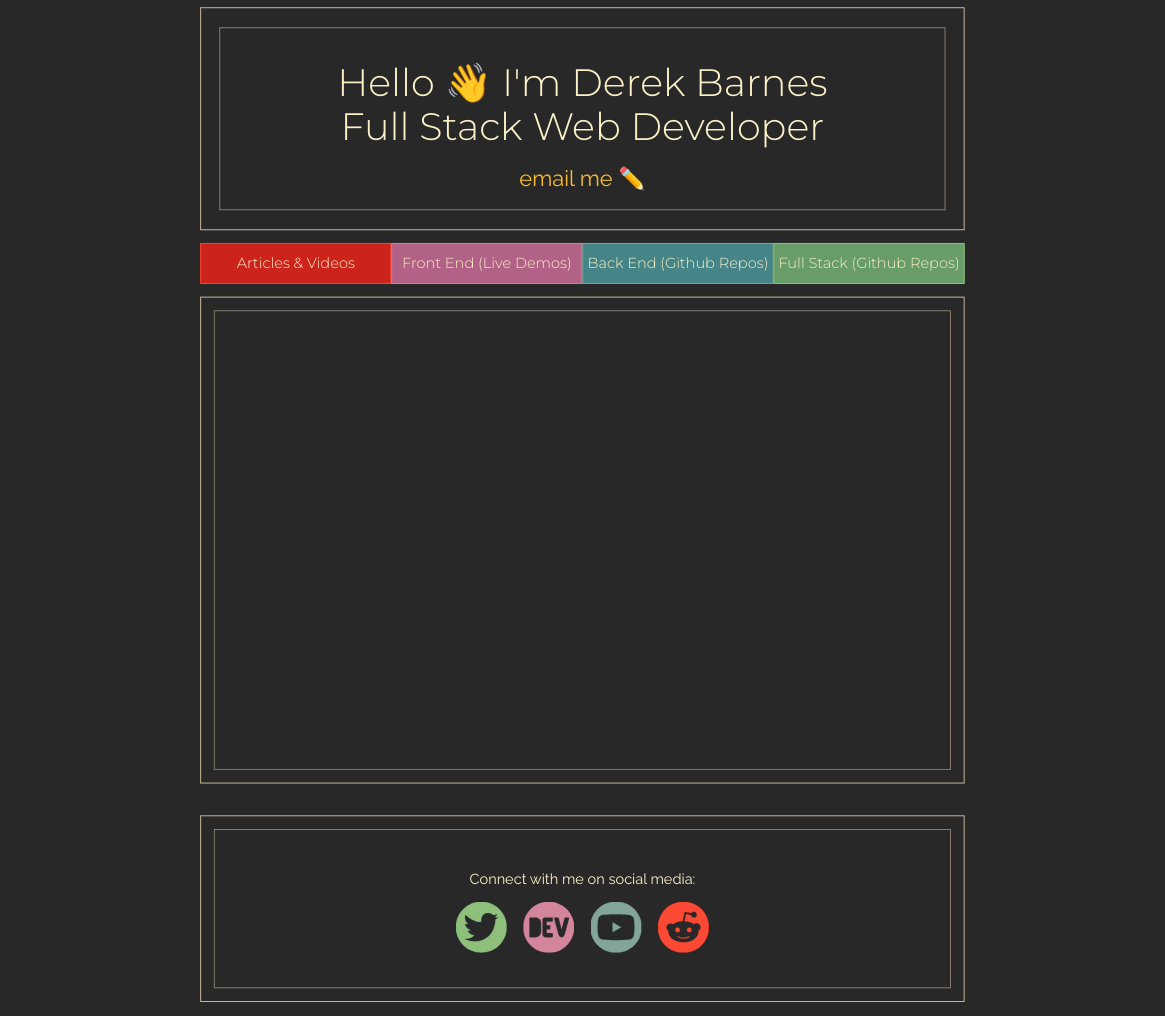
Repository: dsbarnes/groovy-blog
Page: index.html
An editor plug-in stored every save of this project. The page is shown before and after the next save, followed by the edit.
The browser window is 1280 px wide. The pictures show the whole page, at 91% of full size.
After loading, the first visible `#articles` was clicked once.
The style sheet was rebuilt from its Sass, Less or Tailwind sources for each picture, by a compiler version that may differ from the author's.

Above is the page before, as saved 2020-05-09 21:45:45.

### index.html
<!DOCTYPE html>
<html lang="en">

<head>
    <meta charset="UTF-8">
    <meta name="viewport" content="width=device-width, initial-scale=1.0">
    <link href="https://fonts.googleapis.com/css2?family=Montserrat:wght@300&display=swap" rel="stylesheet">
    <link href="https://fonts.googleapis.com/css2?family=Raleway&display=swap" rel="stylesheet">

    <title>D.S. Barnes</title>

    <link rel="stylesheet" href="./CSS/style.css">
</head>

<body>
    <div class="container">

        <div id='nameCard'>
            <div id="doubleBorder">
                <p>Hello 👋 I'm Derek Barnes</p>
                <p>Full Stack Web Developer</p>
                <br />
                <small><a href='mailto:derekb0147@gmail.com'>email me ✏️</a></small>
                <br />
            </div>
        </div>

        <div id='selections'>
            <p class='nav' data-color='red' id='articles'>Articles & Videos</p>
            <p class='nav' data-color='purple' id='frontend'>Front End (Live Demos)</p>
            <p class='nav' data-color='blue' id='backend'>Back End (Github Repos)</p>
            <p class='nav' data-color='aqua' id='fullstack'>Full Stack (Github Repos)</p>
        </div>

        <!-- <button id="toggle-button">Toggle collapse</button> -->

        <!-- Section one -->
        <div class="content">
            <div class='double-border'>
                <div id='about-section-text'>
                    <p>As a full stack developer, I don't just write code.</p>
                    <p>I focus on team dynamics, agile work practices, and communications.</p>
                    <br />
                    <p>I can build APIs and maintain databases.</p>
                    <p>Equally, often more importantly, I listen to and understand consumer needs.</p>
                    <br />
                    <p>I specialize in clean, unobtrusive interfaces,</p>
                    <p>using modern technology,</p>
                    <p>to communicate clearly and solve real world problems.</p>
                </div>

                <div id='articles-section-text'></div>
                <div id='frontend-section-text'></div>
                <div id='backend-section-text'></div>
                <div id='fullstack-section-text'></div>

            </div>
        </div>


        <!-- Section two -->
        <div class="hobbies collapsible">
            <div class='double-border collapsible'>

                <p>Besides code, I like to:</p>
                <br />

                <p class='xpad'>
                    <span class='bigEmoji'>🤔</span>
                    <span class='emojiText'>Think about philosophy.</span>
                </p>

                <p class='xpad'>
                    <span class='bigEmoji'>♟️</span>
                    <span class='emojiText'>Play chess.</span>
                </p>

                <p class='xpad'>
                    <span class='bigEmoji'>🎤</span>
                    <span class='emojiText'>listen to gratuitous amounts of rap music.</span>
                </p>


            </div>
        </div>


        <!-- Section three -->
        <div class="social-media">
            <div class="double-border">

                <p>Connect with me on social media:</p>

                <div id='media-icons'>
                    <img src='../SVG/twitterLogo.svg'><a href='#' id='twitter'></a></img>
                    <img src='../SVG/devLogo.svg'><a href='#' id="devto"></a></img>
                    <img src='../SVG/youtubeLogo.svg'><a href='#' id='youtube'></a></img>
                    <img src='../SVG/redditLogo.svg'><a href='#' id='reddit'></a></img>
                </div>

            </div>
        </div>

    </div><!-- container -->

    <script type=module src="index.js"></script>
</body>

</html>

### index.js
import articles from './components/articles.js'
import repos from './components/repos.js'

import articlesData from './siteData/articles.js'
import backendData from './siteData/backEnd.js'
import frontendData from './siteData/frontEnd.js'
import fullstackData from './siteData/fullStack.js'


document.querySelectorAll('.nav')
    .forEach(btn => btn.addEventListener('click', function () {

        // All of this so far is only
        // for the FIRST CLICK!

        // Every other click only changes the
        // data and border color.
        console.log(this.dataset.color)

        const aboutText = document.getElementById('about-section-text')
        aboutText.style.display = 'none'

        // Add overflow: scroll
        document.querySelector('.content')
            .classList.add('collapsed')

        // Shrinks and fades out the middle box
        const doubleBorder =
            Array.from(document.querySelectorAll('.double-border'))
        doubleBorder[1].classList.add('collapsed')

        document.querySelector('.hobbies.collapsible')
            .classList.add('collapsed')

        // Slightly shrink the social media box:
        document.querySelector('.social-media')
            .classList.add('collapsed')

    }))

// document.querySelector('#toggle-button')
// .addEventListener('click',
// function () {
//     // Remove the about me section:
//     const aboutText = document.getElementById('about-section-text')
//     aboutText.style.display = 'none'

//     // Add overflow: scroll
//     document.querySelector('.section-one')
//         .classList.toggle('collapsed')

//     // Shrinks and fades out the middle box
//     document.querySelector('.section-two.collapsible')
//         .classList.toggle('collapsed')

//     document.querySelector('.section-three')
//         .classList.toggle('collapsed')

//     // repopulate what was the about section
//     // it is now the section the user clicked
//     repos(backendData)
// });

### components/articles.js
function modules(arr) {
    console.log('modules works')
}

export default modules

### components/repos.js
function repos(arr) {

    const root = document.getElementById('articles-section-text')

    for (const element of arr) {

        const keys = Object.keys(element)

        const container = document.createElement('div')
        const title = document.createElement('h1')
        const repolink = document.createElement('p')
        const demolink = document.createElement('p')
        const description = document.createElement('p')

        title.innerHTML = element['Repo']
        container.appendChild(title)

        repolink.innerHTML = element['RepoLink']
        container.appendChild(repolink)

        demolink.innerHTML = element['DemoLink']
        container.appendChild(demolink)

        description.innerHTML = element['Description']
        container.appendChild(description)


        container.id = 'article'
        root.appendChild(container)

    }
}

export default repos

### siteData/articles.js
const articleData = [
    {
        "Title": "Article Project One",
        "Link": "blah.com",
        "Date": "date-posted",
        "Short": "fjdklsafjdlks;fajsdl;f"
    },
    {
        "Title": "Article Project Two",
        "Link": "blah.com",
        "Date": "date-posted",
        "Short": "fjdklsafjdlks;fajsdl;f"
    },
    {
        "Title": "Article Project Three",
        "Link": "blah.com",
        "Date": "date-posted",
        "Short": "fjdklsafjdlks;fajsdl;f"
    },
    {
        "Title": "Article Project Four",
        "Link": "blah.com",
        "Date": "date-posted",
        "Short": "fjdklsafjdlks;fajsdl;f"
    },
    {
        "Title": "Article Project Five",
        "Link": "blah.com",
        "Date": "date-posted",
        "Short": "fjdklsafjdlks;fajsdl;f"
    }
]

export default articleData

### siteData/backEnd.js
const backendData = [
    {
        "Repo": "Back End Project One",
        "RepoLink": "blah.com",
        "Description": "README.md"
    },
    {
        "Repo": "Back End Project Two",
        "RepoLink": "blah.com",
        "Description": "README.md"
    },
    {
        "Repo": "Back End Project Three",
        "RepoLink": "blah.com",
        "Description": "README.md"
    },
    {
        "Repo": "Back End Project Four",
        "RepoLink": "blah.com",
        "Description": "README.md"
    },
    {
        "Repo": "Back End Project Five",
        "RepoLink": "blah.com",
        "Description": "README.md"
    }
]

export default backendData

### siteData/frontEnd.js
const frontendData = [
    {
        "Repo": "Front End Project One",
        "RepoLink": "blah.com",
        "DemoLink": "demo link",
        "Description": "README.md"
    },
    {
        "Repo": "Front End Project Two",
        "RepoLink": "blah.com",
        "DemoLink": "demo link",
        "Description": "README.md"
    },
    {
        "Repo": "Front End Project Three",
        "RepoLink": "blah.com",
        "DemoLink": "demo link",
        "Description": "README.md"
    },
    {
        "Repo": "Front End Project Four",
        "RepoLink": "blah.com",
        "DemoLink": "demo link",
        "Description": "README.md"
    },
    {
        "Repo": "Front End Project Five",
        "RepoLink": "blah.com",
        "DemoLink": "demo link",
        "Description": "README.md"
    }
]

export default frontendData

### siteData/fullStack.js
const fullstackData = [
    {
        "Repo": "Full Stack Project One",
        "RepoLink": "blah.com",
        "Description": "README.md"
    },
    {
        "Repo": "Full Stack Project Two",
        "RepoLink": "blah.com",
        "Description": "README.md"
    },
    {
        "Repo": "Full Stack Project Three",
        "RepoLink": "blah.com",
        "Description": "README.md"
    },
    {
        "Repo": "Full Stack Project Four",
        "RepoLink": "blah.com",
        "Description": "README.md"
    },
    {
        "Repo": "Full Stack Project Five",
        "RepoLink": "blah.com",
        "Description": "README.md"
    }
]

export default fullstackData

### style.scss
// Main Container:
// Sizings - everything is a multiple of 14!!
$container-width: 840px;
$container-height: 1100px;
$outer-width: $container-width * .8;
$margin-pad-sizing: 14px;


// Gruvbox colors:
$background-color: #282828;
$background-alt-color: #3c3836;
$font-color: #fbf1c7;
$font-alt-color: #ebdbb2;
$outer-border: #d5c4a1;
$inner-border: #928374;
$red-color: #cc241d;
$light-red-color: #fb4934;
$green-color: #98971a;
$light-green-color: #b8bb26;
$yellow-color: #d79921;
$light-yellow-color: #fabd2f;
$blue-color: #458588;
$light-blue-color: #83a598;
$purple-color: #b16286;
$light-purple-color: #d3869b;
$aqua-color: #689d6a;
$light-aqua-color: #8ec07c;


// Font:
$title-font: 'Montserrat', sans-serif;
$body-font: 'Raleway', sans-serif;
$title-font-size: 42px;
$body-font-size: 16px;


//Mixins:
@mixin bg-border($bg-color, $border-color){
  background-color: $bg-color;
  border: 1px solid $border-color;
}
@mixin font-fam-size($fam, $size){
  font-family: $fam;
  font-size: $size;
}
@mixin sectionButton($bg-color, $border-color){
  @include bg-border($bg-color, $border-color);
  @include font-fam-size($title-font, $body-font-size);
  display: inline-block;
  margin: 0 auto;
  //That just looks best as 12, idk.
  padding: 12px 0px;
  text-align: center;
  width: (($container-width / 4));
}

// Keyframes:
@keyframes fade-in{
  from{color: $background-color;}
  to{ color: $font-color; }
}
#article{ animation: fade-in 3s forwards;}


// Overall styling:
* { box-sizing:border-box; }
body{ background-color: $background-color; color: $font-color }

//Everything visible is inside this container:
.container {
  display:flex;
  flex-direction:column;
  justify-content:flex-start;
  width: $container-width;
  margin: 0 auto;
  // we're required to set height explicitly
  height: $container-height;
}


// Name Card
#nameCard{
  border: 1px solid $outer-border;
  padding: $margin-pad-sizing/2;
  text-align: center;
  line-height: $margin-pad-sizing/2;

  small{ @include font-fam-size($body-font, $body-font-size*1.5); }
  a{ text-decoration: none; color: $light-yellow-color }

  #doubleBorder{
      @include bg-border($background-color, $inner-border);
      p{ @include font-fam-size($title-font, $title-font-size);}
      margin: $margin-pad-sizing auto;
      padding: $margin-pad-sizing;
      padding-bottom: $margin-pad-sizing*2;

      // 14px b/c of margin.
      // Why *3? Good question.
      width: ($container-width - 14px*3);
  }
}


// Nav 'buttons'
#selections{
  display: flex;
  justify-content: space-between;
  margin-top: $margin-pad-sizing;
}
#articles{ @include sectionButton($red-color, $light-red-color) }
#frontend{ @include sectionButton($purple-color, $light-purple-color) }
#backend{ @include sectionButton($blue-color, $light-blue-color) }
#fullstack{ @include sectionButton($aqua-color, $light-aqua-color) }

// General double border settings, different from
// name card b/c ...damnit
.double-border{
  border: 1px solid $inner-border;
  // Variables not working in calc()
  // will investigate.
  height: calc(100% - 28px); // $margin-pad-size*2
  width: calc(100% - 28px);  // $margin-pad-size*2
  margin: $margin-pad-sizing auto 0 auto;
  padding: $margin-pad-sizing*2;
}
.double-border.collapsed { border: 0px solid white; }


// This is the section that expands:
.content{
  @include bg-border($background-color, $outer-border);
  @include font-fam-size($body-font, $body-font-size);
  line-height: $margin-pad-sizing/2;
  margin: $margin-pad-sizing 0;
  overflow: hidden;
  flex: 3;
}
.content.collapsed{
  .double-border{ overflow: scroll; }
}


// This section dissapears:
.hobbies {
  // note that we're transitioning flex, not height!
  @include bg-border($background-color, $outer-border);
  @include font-fam-size($body-font, $body-font-size);
  line-height: $margin-pad-sizing/2;
  margin: $margin-pad-sizing/2 0;
  flex: 2;
  .bigEmoji{ font-size: $title-font-size; }
  .xpad{ padding-left: 24px; }
  .emojiText{
      position: relative;
      bottom: $margin-pad-sizing;
      padding-left: $margin-pad-sizing/2;
  }
  // overflow:hidden;
  transition:all 0.4s ease;
}
.hobbies.collapsed {
  border: 0px solid $background-color;
  color: $background-color;
  overflow: hidden;
  flex: 0;
  // Big numbers to squeze box inward
  // for transition
  // margin: 0 200px;
  // padding: 0 400px;
}


// This section appears to never change
.social-media{
  @include bg-border($background-color, $outer-border);
  @include font-fam-size($body-font, $body-font-size);
  text-align: center;
  margin: $margin-pad-sizing/2 0;
  flex: 2;
  transition: all 0.6s ease;
}
.social-media.collapsed{
  flex: 1;
  #media-icons{
    // Why 20? Good question.
    margin-bottom:
      $margin-pad-sizing + $margin-pad-sizing/2 + 1;
  }
}


// Social Media Icons:
#media-icons{
  width: $container-width / 2;
  margin: 0 auto;
  text-align: center;
  line-height: $margin-pad-sizing;
  img{ width: $margin-pad-sizing*4; margin: 0 $margin-pad-sizing/2; }
}

After the next save:
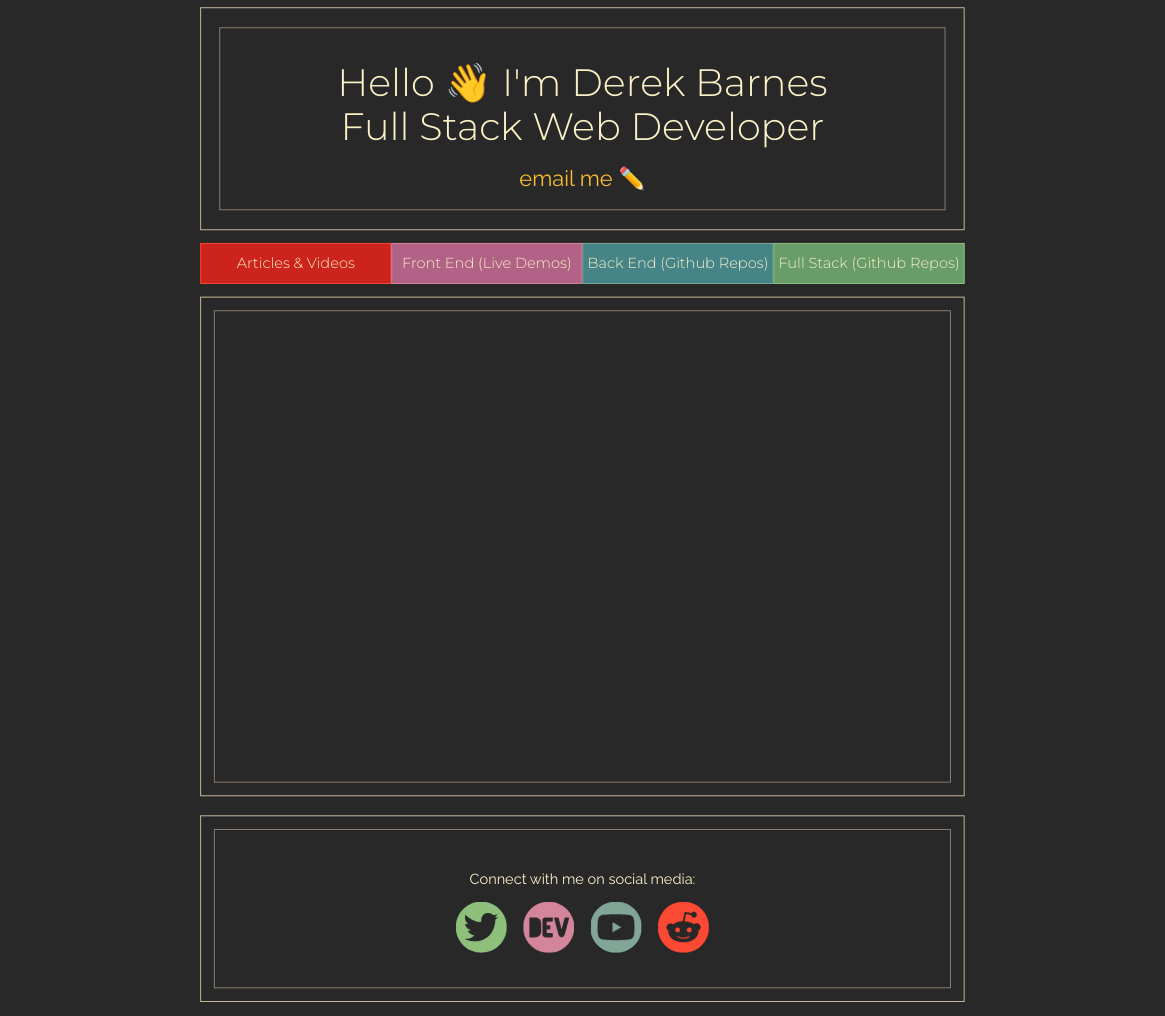
Saved 4 min 4 s later.
--- a/style.scss
+++ b/style.scss
@@ -166,7 +166,7 @@ body{ background-color: $background-color; color: $font-color }
   flex: 0;
   // Big numbers to squeze box inward
   // for transition
-  // margin: 0 200px;
+  margin: 0 200px;
   // padding: 0 400px;
 }
 
